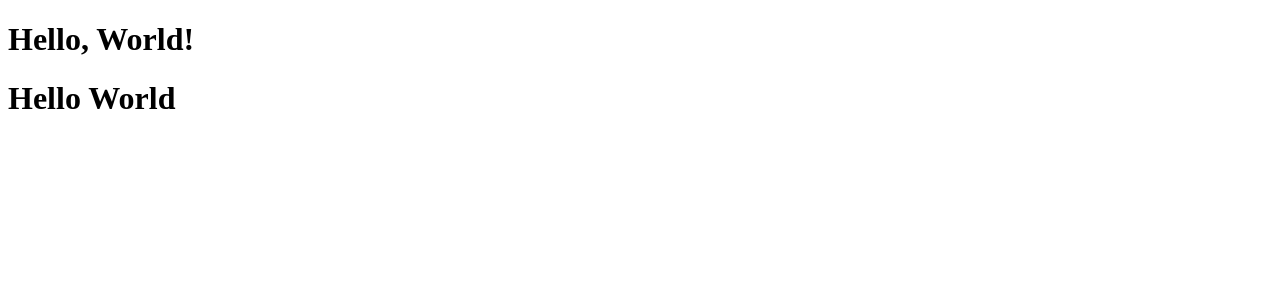
Repository: walidrashadx/Javascript_ES6
Page: index.html
An editor plug-in stored every save of this project. The page is shown before and after a run of saves, followed by the edit.
The browser window is 1280 px wide. The pictures show the whole page.

Above is the page before, as saved 2025-09-13 15:26:03.
Console error: TypeError: Document.querySelector is not a function

### index.html
<!DOCTYPE html>
<html lang="en">
  <head>
    <meta charset="UTF-8" />
    <meta name="viewport" content="width=device-width, initial-scale=1.0" />
    <title>Document</title>
    <script src="main.js"></script>
  </head>
  <body>
    <h1>Hello World</h1>
  </body>
  </html>

### main.js
window.onload = function() {

    Document.querySelector("h1").style.color = "red";

}

window.alert("Hello, World!");
document.write("<h1>Hello, World!</h1>");

console.log("Hello, World!");
console.error("This is an error message");

After the next 3 saves:
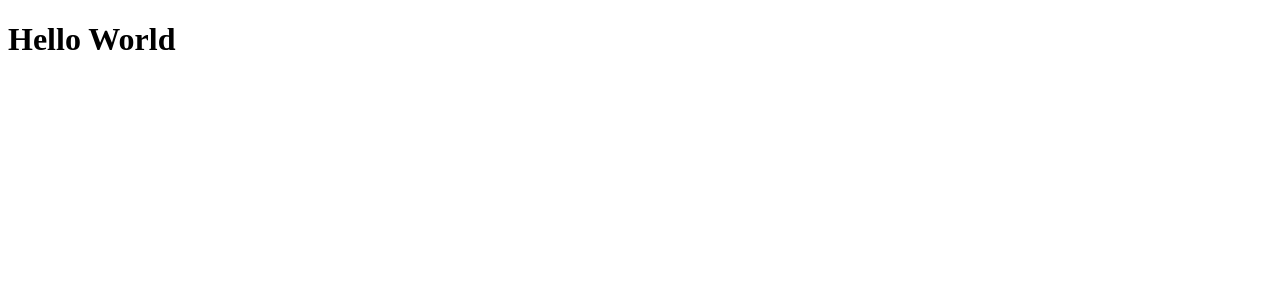
Console error: SyntaxError: Unexpected end of input
The 3 saves are shown as one change because they came seconds apart.
The last was saved 80 min 57 s later.
--- a/main.js
+++ b/main.js
@@ -9,3 +9,4 @@ document.write("<h1>Hello, World!</h1>");
 
 console.log("Hello, World!");
 console.error("This is an error message");
+console.

After the save that followed:
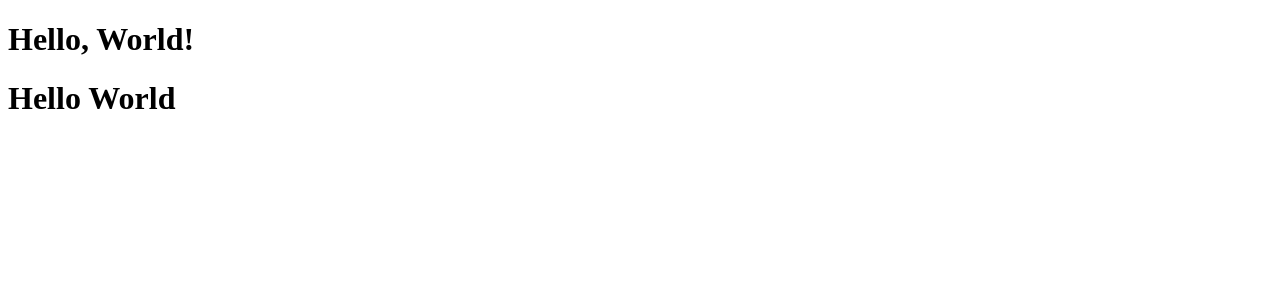
Console error: TypeError: Document.querySelector is not a function
Saved 5 s later.
--- a/main.js
+++ b/main.js
@@ -9,4 +9,4 @@ document.write("<h1>Hello, World!</h1>");
 
 console.log("Hello, World!");
 console.error("This is an error message");
-console.
+console.l
